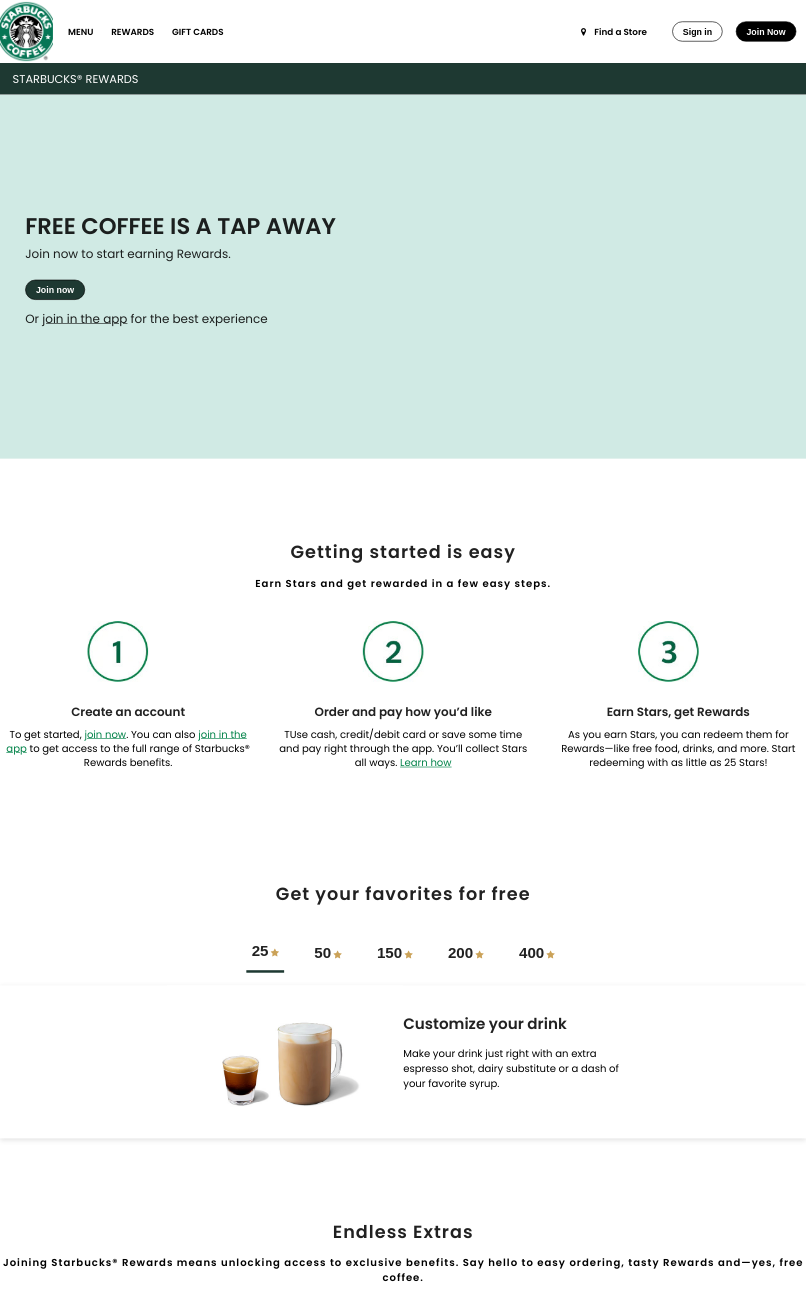
Repository: Akashiii1/StarBucks
Page: index.html
An editor plug-in stored every save of this project. The page is shown before and after the next save, followed by the edit.
The browser window is 1280 px wide. The pictures show the whole page, at 63% of full size.

Above is the page before, as saved 2022-01-28 22:47:54.

### index.html
<!DOCTYPE html>
<html lang="en">

<head>
  <meta charset="UTF-8">
  <meta http-equiv="X-UA-Compatible" content="IE=edge">
  <meta name="viewport" content="width=device-width, initial-scale=1.0">
  <title>StarBucks</title>
  <link rel="preconnect" href="https://fonts.gstatic.com" />
  <link href="https://fonts.googleapis.com/css2?family=Poppins:wght@400;600&display=swap" rel="stylesheet" />
  <link rel="stylesheet" href="https://cdnjs.cloudflare.com/ajax/libs/font-awesome/4.7.0/css/font-awesome.min.css"
    integrity="sha512-SfTiTlX6kk+qitfevl/7LibUOeJWlt9rbyDn92a1DqWOw9vWG2MFoays0sgObmWazO5BQPiFucnnEAjpAB+/Sw=="
    crossorigin="anonymous" />
  <link rel="stylesheet" href="./Style/style.css">
</head>

<body>
  <div class="main">
    <header id="header">
      <nav class="nav container ">
        <div class="logo">
          <img src="./Img/Starbucks-Logo.png" alt="">
        </div>

        <div class="d-flex w-100">
          <ul class="nav-list">
            <li><a href="#">Menu</a></li>
            <li><a href="#">Rewards</a></li>
            <li><a href="#">Gift Cards</a></li>

          </ul>


          <div class="sub-nav d-flex">
            <a href="#" class="location"><i class="fa fa-map-marker" aria-hidden="true"></i> Find a Store</a>
            <div class="double-click">
              <button class="btn bgw">
                Sign in
              </button>
              <button class="btn bgb">Join Now</button>
            </div>
          </div>
        </div>


        <i class="fa fa-bars ham" aria-hidden="true"></i>

      </nav>
      <div class="container">
        <div class="banner c-green d-flex">
          <h3>STARBUCKS® REWARDS</h3>
          <button class="btn bgr">Join the app</button>
        </div>
      </div>
    </header>
    <section id="hero">
      <div class="hero container">
        <div class="slogan">
          <h2 class="hero-heading">FREE COFFEE
            IS A TAP AWAY</h2>
          <p class="hero-desc">Join now to start earning Rewards.</p>
          <div class="sub-hero">
            <button class="btn">Join now</button>
            <p class="hero-subdesc subdescdk">Or <a href="">join in the app</a> for the best experience</p>
            <p class="hero-subdesc subdescmb"> <a href="">Or join in online</a> </p>
          </div>
        </div>
      </div>
    </section>
    <!-- Review -->
    <section id="review">
      <div class="heading-text">
        <h2>Getting started is easy</h2>
        <p>Earn Stars and get rewarded in a few easy steps.</p>
      </div>
      <div class="review container">
        <div class="review-item">
          <div class="ri-img">
            <img src="./Img/getting-started-1_2x.jpg" alt="">
          </div>
          <div class="ri-content">
            <h3 class="review-heading">Create an account</h3>
            <p>To get started, <a href="">join now</a>. You can also <a href="">join in the app</a> to get access to the
              full range of Starbucks® Rewards benefits.</p>
          </div>
        </div>

        <div class="review-item">
          <div class="ri-img">
            <img src="./Img/getting-started-2_2x.jpg" alt="">
          </div>
          <div class="ri-content">
            <h3 class="review-heading">Order and pay how you’d like</h3>
            <p>TUse cash, credit/debit card or save some time and pay right through the app. You’ll collect Stars all
              ways. <a href="">Learn how</a></p>
          </div>
        </div>

        <div class="review-item">
          <div class="ri-img">
            <img src="./Img/getting-started-3_2x.jpg" alt="">
          </div>
          <div class="ri-content">
            <h3 class="review-heading">Earn Stars, get Rewards</h3>
            <p>As you earn Stars, you can redeem them for Rewards—like free food, drinks, and more. Start redeeming with
              as little as 25 Stars!</p>
          </div>
        </div>


      </div>
    </section>

    <!-- Star -->
    <section id="star">
      <div class="heading-text">
        <h2>Get your favorites for free</h2>
      </div>
      <div class="container">
        <div class="tab-list">
          <button class="tab-item active" data-item="i25"><span>25</span>
            <span><i class="fa fa-star" aria-hidden="true"></i></span>
          </button>
          <button class="tab-item" data-item="i50"><span>50</span>
            <span><i class="fa fa-star" aria-hidden="true"></i></span>
          </button>
          <button class="tab-item " data-item="i150"><span>150</span>
            <span><i class="fa fa-star" aria-hidden="true"></i></span>
          </button>
          <button class="tab-item" data-item="i200"><span>200</span>
            <span><i class="fa fa-star" aria-hidden="true"></i></span>
          </button>
          <button class="tab-item" data-item="i400"><span>400</span>
            <span><i class="fa fa-star" aria-hidden="true"></i></span>
          </button>
        </div>

      </div>
      <div class="container sub-tab">
        <div class="tab-content active" data-tab="i25">
          <div class="tab-img">
            <img src="./Img/025.jpg" alt="">
          </div>
          <div class="tab-desc">
            <h3>Customize your drink</h3>
            <p>Make your drink just right with an extra espresso shot, dairy substitute or a dash of your favorite syrup.</p>
          </div>
        </div>

        <div class="tab-content " data-tab="i50">
          <div class="tab-img">
            <img src="./Img/050.jpg" alt="">
          </div>
          <div class="tab-desc">
            <h3>Brewed hot coffee, bakery item or hot tea</h3>
            <p>Pair coffee cake or an almond croissant with your fresh cup of hot brew.</p>
          </div>
        </div>

        <div class="tab-content" data-tab="i150">
          <div class="tab-img">
            <img src="./Img/150.jpg" alt="">
          </div>
          <div class="tab-desc">
            <h3>Handcrafted drink, hot breakfast or parfait</h3>
            <p>Have a really good morning with a breakfast sandwich, oatmeal or your favorite drink.</p>
          </div>
        </div>

        <div class="tab-content" data-tab="i200">
          <div class="tab-img">
            <img src="./Img/200.jpg" alt="">
          </div>
          <div class="tab-desc">
            <h3>Salad, sandwich or protein box</h3>
            <p>Nourish your day with a hearty Chipotle Chicken Wrap or Eggs & Cheese Protein Box..</p>
          </div>
        </div>

        <div class="tab-content" data-tab="i400">
          <div class="tab-img">
            <img src="./Img/400.jpg" alt="">
          </div>
          <div class="tab-desc">
            <h3>Select merchandise or at-home coffee</h3>
            <p>Take home a signature cup, a bag of coffee or your choice of select coffee accessories..</p>
          </div>
        </div>
      </div>
    </section>

    <!-- Endless -->
    <section id="endless">
      <div class="heading-text">
        <h2>Endless Extras</h2>
        <p>Joining Starbucks® Rewards means unlocking access to exclusive benefits. Say hello to easy ordering, tasty Rewards and—yes, free coffee.</p>
      </div>
      <div class="container">
        <div class="end">
          <div class="end-item"></div>
        </div>
      </div>
    </section>

    <!--  -->
  </div>

  <script src="./Style/starter.js"></script>
</body>

</html>

### Style/style.css
html {
  box-sizing: border-box;
}
* {
  margin: 0;
  padding: 0;
}
*,
*:before,
*:after {
  box-sizing: border-box;
}
input,
textarea,
select,
button {
  outline: none;
}
input {
  line-height: normal;
}
label,
button {
  cursor: pointer;
}
a {
  text-decoration: none;
}
img {
  display: block;
  max-width: 100%;
}
*,
*:before,
*:after {
  box-sizing: border-box;
}
/* using rem unit */
html {
  font-size: 62.5%;
}
a {
  text-decoration: none;
}
img {
  display: block;
  max-width: 100%;
}
body {
  font-family: "Poppins", sans-serif;
  font-size: 16px;
  line-height: 1;
}
ul{
  list-style: none;
}
.container{
  max-width: 1440px;
  margin-inline: auto;
}
.nav{
  height: 100px;
  /* background-color: #ccc; */
  display: flex;
  align-items: center;
}
.logo{
  width: 90px;
  height: 100%;
  text-align: center;
}
.w-100{
  width: 100%;
}
.logo img{
  width: 100%;
  height: 100%;
  object-fit: cover;
}
.d-flex{
  display: flex;
  justify-content: space-between;
  align-items: center;
  gap: 0 40px;
}
.nav-list{

}
.nav-list li{
  display: inline-block;
  padding-left: 24px;
  line-height: 100px;
}
.nav-list li a{
  display: block;
  color: #000000;
  font-weight: 600;
  font-size: 14px;
  text-transform: uppercase;
  transition: all .2s linear;
}
.nav-list li:hover a{
  color: #008248;
}
.btn{
  padding: 7px 16px ;
  border-radius: 50px;
  border: 1px solid #000000;
  outline: none;
  font-size: 14px;
  font-weight: 550;
  line-height: 1.2;
  text-align: center;
  transition: all .2s linear;
  margin-right: 16px;
}
.btn:hover{
 filter: brightness(0.2);
}
.bgb{
  background-color: #000000;
  color: #fff;
}
.bgw{
  background-color: #fff;
  color: #000000;
}
.bgr{
  background-color: transparent;
  color: #fff;
  border: 1px solid #fff;
}
.banner button{
  display: none;
}
.location{
  color: #000000;
  font-size: 14px;
  font-weight: 600;
  transition: all .2s linear;
}
.location i{
  margin-right: 10px;
}
.location:hover{
  color: #008248;
}
.banner{
  /* width: 100%; */
  /* position: absolute; */

  top: 100px;

}
.banner h3{
  color: #fff;
  font-weight: 400;
  line-height: 50px;
  height: 50px;
  font-size: 18px;
  margin: 0 20px;
}
.c-green{
  background-color: #1e3932;

}
.line-eff{
  width: 0;
  height: 2px;
  background-color: #008248;
  position: fixed;
  pointer-events: none;
  transition: all .2s linear;
}
.ham{
  color: #000000;
  font-size: 20px;
  display: none;
}
.fixed{

}
/* Hero */
.hero{
  display: flex;
  justify-content: flex-start;
  align-items: center;
  max-height: 600px;
  height: 600px;
  background-color: #D0EAE4;
  margin-bottom: 128px;

}
.slogan{
  /* max-width: 400px; */

  padding: 32px 40px;
}
.hero-heading{
  font-size: 36px;
  color: #000000DE;
  font-weight: 600;
}
.hero-desc{
  padding-top: 16px;
  font-size: 19px;
  color: #000000DE;
}
.sub-hero{
  padding-top: 32px;
  display: flex;
  flex-direction: column;
  gap: 20px 0;

  align-items: flex-start;
}
.sub-hero .btn{
  color: #fff;
  background-color: #1e3932;
}
.hero-subdesc{
  color: #000000DE;
  font-size: 19px;

}
.hero-subdesc a{
  text-decoration: underline;
  color: #000000DE;
  transition: all .2s linear;
}
.hero-subdesc a:hover{
  text-decoration: none;
}
.subdescmb{
  display: none;
}

/*  */
.heading-text{
  text-align: center;
  line-height: 1.5;
  letter-spacing: 0.1em;
}
.heading-text h2{
  font-size: 28px;
  color: #000000DE;
}
.heading-text p{
  padding-top: 16px;
  font-size: 16px;
  font-weight: 550;
}
#header {
  position: fixed;
  top: 0;
  left: 0;
  width: 100%;
  background-color: #fff;
}
#hero{
  margin-top: 128px;
}
/* Review */
.review{
  display: flex;
  justify-content: space-between;
  /* align-items: center; */
  padding-top: 48px;
  gap: 0 30px;
}
.review-item{
  text-align: center;
  width: 33.33333%;

}
.ri-img{
  max-width: 128px;
  margin-inline: auto;
  margin-bottom: 38px;
}
.ri-img img{
  max-width: 100%;
  height: auto;
  object-fit: cover;
}
.review-heading{
  font-size: 19px;
  color: #000000DE;

}
.review-item p{
  font-size: 16px;
  padding-top: 16px;
  font-weight: 500;
  line-height: 1.4;
}
.review-item p a{
  color: #008248;
  text-decoration: underline;
}
#cmt{
  height: 500px;
  background-color: #000000DE;
}
#review{
  margin-bottom: 128px;
}
#star .heading-text{
  padding: 48px 0;
}
#star{
  margin-bottom: 128px;
}
/* Tab */
.tab-list{
  display: flex;
  justify-content: center;
  gap: 0 40px;
  margin-bottom: 20px;
}
.tab-item{
  border: 0;
  outline: none;
  background-color: #fff;
  padding: 8px 8px 16px 8px;
  display: inline-block;
}
.tab-item span:nth-child(1){
  font-size: 24px;
  font-weight: 600;
  color: #000000DE;
  pointer-events: none;

}
.tab-item span:nth-child(2){
  color: #CBA258;
  font-size: 14px;
  pointer-events: none;
}
.tab-item.active{
  border-bottom: 4px solid #1e3932;
}
.sub-tab{
  padding-bottom: 32px;
  box-shadow: rgba(99, 99, 99, 0.2) 0px 2px 8px 0px;
  background-color:#fff;
}
.tab-content{
  display: flex;
  justify-content: center;
  align-items: center;
  display: none;
}
.tab-content.active{
  display: flex;
  animation: fadeEffect 1s;
}
.tab-img,.tab-desc{
  max-width: 375px;
}
.tab-img img{
  width: 100%;
  height: 100%;
  object-fit: cover;
}
.tab-desc h3{
  font-size: 24px;
  color: #000000DE;
  font-weight: 600;
  padding-bottom: 16px;
  line-height: 1.5;
  text-align: left;
}
.tab-desc p{
  font-size: 16px;
  line-height: 1.5;
  text-align: left;
  font-weight: 500;
}
/* Endless */
.end{
  padding-top: 48px;
  width: 100%;

}
@media (max-width:740px){
  .sub-nav{
    display: none;

  }
  .ham{
    display: block;
    margin: 0 20px;
    line-height: 100px;
    display: inline-block;
  }

  .logo{
    width: 80px;
    height: 80px;
    margin: 0 20px;
  }
  .banner button{
    display: block;
  }
  .nav-list{
    position: fixed;
    width: 500px;
    background-color: #fff;
    top: 100px;
    right: 0;
    height: 100%;
    box-shadow: rgba(100, 100, 111, 0.2) 0px 7px 29px 0px;
    transform: translateX(100%);
    opacity: 0;
    transition: all .2s linear;
  }
  .nav-list.active{
    transform: translateX(0);
    /* animation: move .3s linear; */
    opacity: 1;


  }
  .nav-list li{
    display: block;
  }

  .nav-list li a{
    font-size: 20px;
    font-weight: 400;
  }
  .nav-list li:nth-child(3){
    border-bottom: 1px solid #ccc;
  }
  .line-eff{
    display: none;
    background-color: #fff;
  }
  /* hero */
  .hero{
    justify-content: center;
    align-items: flex-start;
  }
  .slogan{
    text-align: center;
  }
  .slogan .sub-hero{
    justify-content: center;
    align-items: center;
  }
  .subdescdk{
    display: none;
  }
  .subdescmb{
    display: block;
  }
  #hero{
    margin-bottom: 128px;
  }
  /* Review */
  .review{
    flex-direction: column;
    padding: 0 20px;
    margin-top: 50px;
    align-items: flex-start;
    justify-content: center;
  }
  .review-item{
    width: 100%;
    margin-bottom: 32px;
    display: flex;
    gap: 0 20px;
  }
  .ri-content{
    flex-direction: column;
    align-items: flex-start;
    display: flex;
    text-align: justify;
  }

}

@keyframes move{
  from{
    transform: translateX(100%);
  }
  to{
    transform: translateX(100%);

  }
}
@keyframes fadeEffect {
  from {opacity: 0;}
  to {opacity: 1;}
}

### Style/starter.js
const hamberger=document.querySelector('.ham');
const navList=document.querySelector('.nav-list');

hamberger.addEventListener('click',function(e){
//  console.log(e.target);
  navList.classList.toggle('active');
  e.target.classList.toggle('fa-bars');
  e.target.classList.toggle('fa-times');

})
const links=document.querySelectorAll('.nav-list li a');
const line=document.createElement('div');
line.className="line-eff";
document.body.appendChild(line);
[...links].forEach(item=>item.addEventListener('mouseenter',handler));
function handler(e){

  line.style.display='block';
  const {left,top,width,height}=e.target.getBoundingClientRect();
  line.style.left=`${left}px`;
  line.style.width=`${width}px`;
  line.style.top=`${height-10}px`;


}
navList.addEventListener('mouseleave',function(e){
  line.style.display='none';
})

document.addEventListener('click',function(e){
  if(!e.target.matches('.ham') && !navList.contains(e.target)){
    navList.classList.remove('active');
    hamberger.classList.remove('fa-times');

    hamberger.classList.add('fa-bars');
  }
})

// Tab
const tabList=document.querySelectorAll('.tab-item');
const tabContent=document.querySelectorAll('.tab-content');

[...tabList].forEach(item=>item.addEventListener('click',function(e){
  [...tabList].forEach(item=>item.classList.remove('active'));
  e.target.classList.add('active');
  const tabIndex=e.target.dataset.item;
  [...tabContent].forEach(function(i){

    if(i.getAttribute('data-tab')==tabIndex){
      [...tabContent].forEach(item=>item.classList.remove('active'));
      i.classList.add('active');
    }
  })
}))

After the next save:
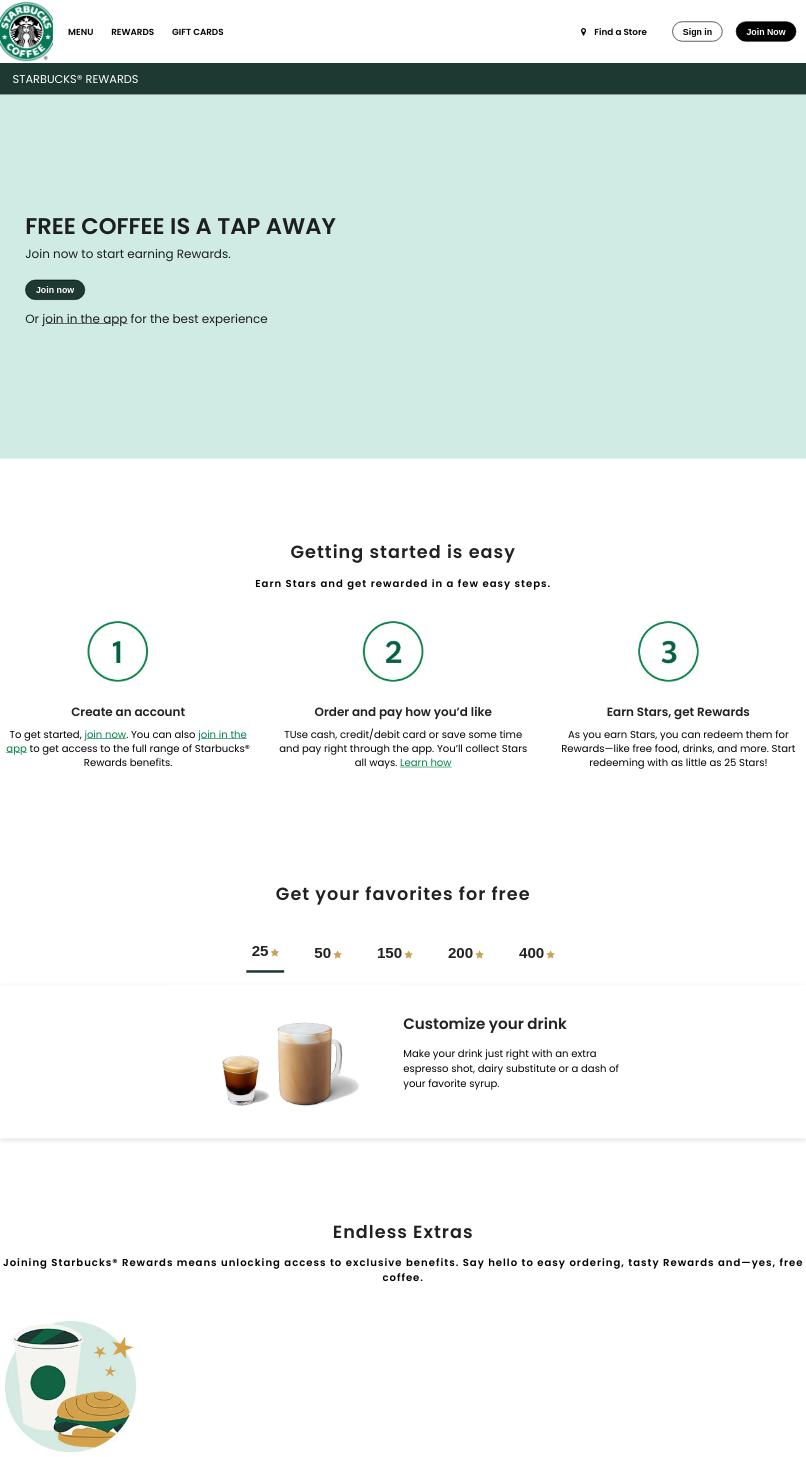
Saved 19 s later.
--- a/index.html
+++ b/index.html
@@ -197,7 +197,11 @@
       </div>
       <div class="container">
         <div class="end">
-          <div class="end-item"></div>
+          <div class="end-item">
+            <div class="end-item-img">
+              <img src="./Img/1-fun-freebies.jpg" alt="">
+            </div>
+          </div>
         </div>
       </div>
     </section>
